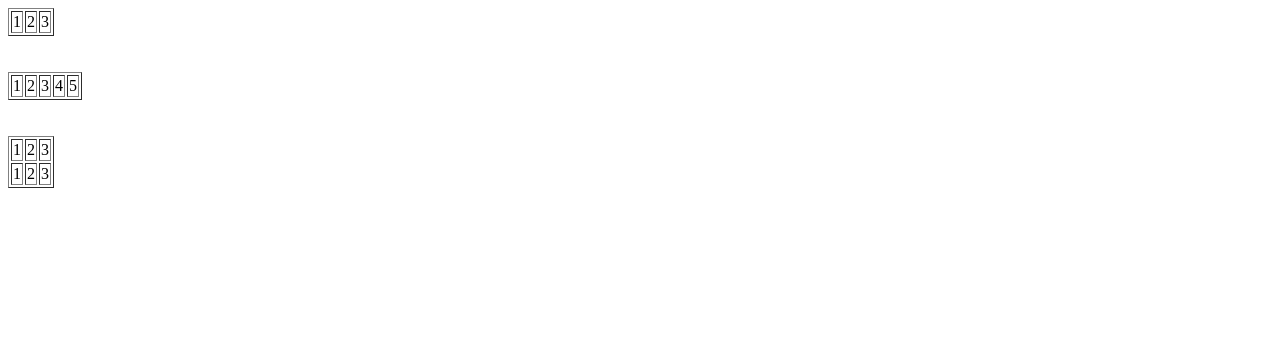
Repository: Jungsol/Servlet_JSP_study
Page: http://localhost/JSP/ex03_table.jsp
An editor plug-in stored every save of this project. The page is shown before and after the next save, followed by the edit.
The browser window is 1280 px wide. The pictures show the whole page.
The page is served by Tomcat 9. Other server files are loaded and not shown.

Above is the page before, as saved 2023-06-08 14:01:04.

### JSP/src/main/webapp/ex03_table.jsp
<%@ page language="java" contentType="text/html; charset=EUC-KR"
    pageEncoding="EUC-KR"%>
<!DOCTYPE html>
<html>
<head>
<meta charset="EUC-KR">
<title>Insert title here</title>
</head>
<body>

	<table border="1">
		<tr>
			<!-- 스크립틀릿은 분리 가능. 자바문법으로 HTML태그를 같이 사용할 때 -->
			<% for(int i=0; i<3; i++){ %>
				<td><%= i+1 %></td>
			<% } %>
		</tr>
	</table>

	<br>
	<br>

	<!-- 1열 5행 -->
	<table border="1">
		<tr>
			<% for(int i=0; i<5; i++){ %>
				<td><%= i+1 %></td>
			<% } %>
		</tr>
	</table>

	<br>
	<br>

	<!-- 3행 2열 -->
	<table border="1">
		<% for(int i=0; i<2; i++){ %>
			<tr>
				<% for(int j=0; j<3; j++){ %>
					<td><%= j+1 %></td>
				<% } %>
			</tr>
		<% } %>
	</table>



</body>
</html>

After the next save:
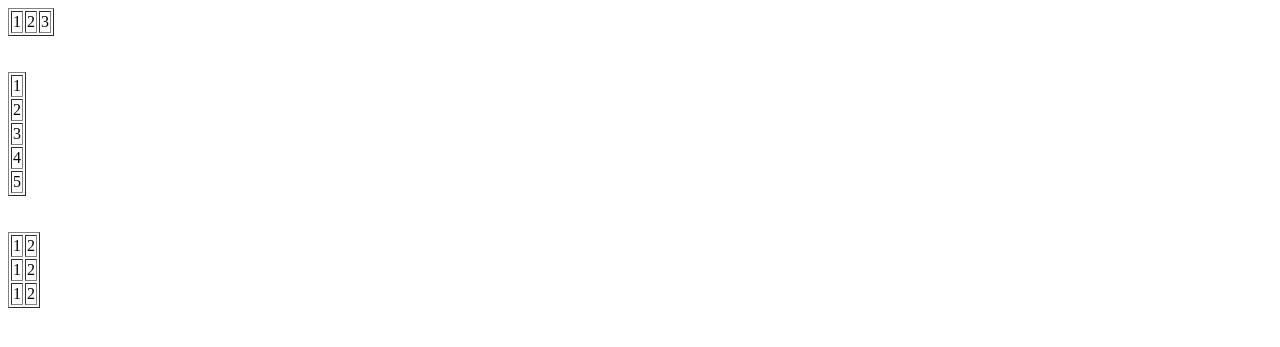
Saved 42 s later.
--- a/JSP/src/main/webapp/ex03_table.jsp
+++ b/JSP/src/main/webapp/ex03_table.jsp
@@ -22,11 +22,11 @@
 
 	<!-- 1열 5행 -->
 	<table border="1">
-		<tr>
-			<% for(int i=0; i<5; i++){ %>
+		<% for(int i =0; i <5; i++) { %>
+			<tr>
 				<td><%= i+1 %></td>
-			<% } %>
-		</tr>
+			</tr>
+		<% } %>
 	</table>
 
 	<br>
@@ -34,9 +34,9 @@
 
 	<!-- 3행 2열 -->
 	<table border="1">
-		<% for(int i=0; i<2; i++){ %>
+		<% for(int i=0; i<3; i++){ %>
 			<tr>
-				<% for(int j=0; j<3; j++){ %>
+				<% for(int j=0; j<2; j++){ %>
 					<td><%= j+1 %></td>
 				<% } %>
 			</tr>
